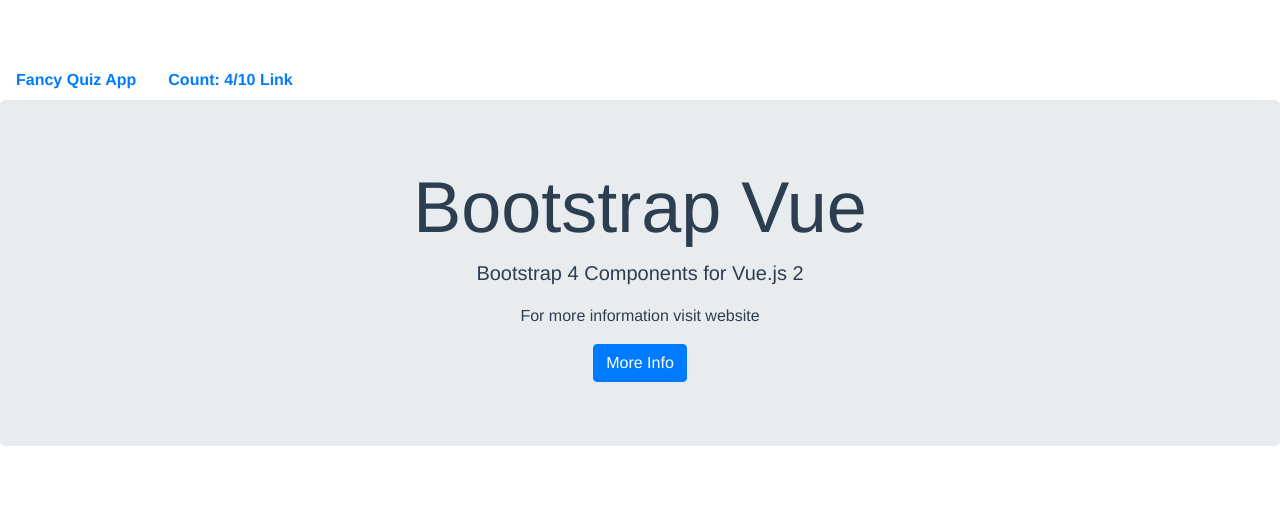
Repository: tokliver/AppVue
Page: /
An editor plug-in stored every save of this project. The page is shown before and after the next save, followed by the edit.
The browser window is 1280 px wide. The pictures show the whole page.
The project was rebuilt for these pictures with package versions that can differ from the ones it lists, and the page was loaded fresh each time.

Above is the page before, as saved 2019-04-13 09:21:59.

After the next save:
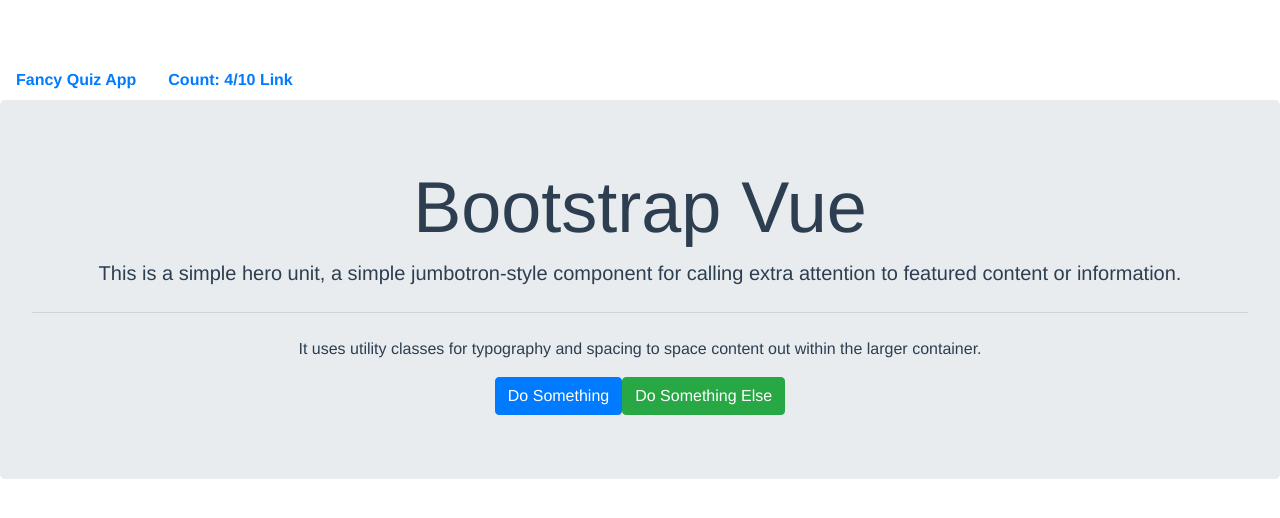
Saved 64 s later.
--- a/src/components/QuestionBox.vue
+++ b/src/components/QuestionBox.vue
@@ -1,8 +1,22 @@
 <template>
    <div class="question-box-container">
   <b-jumbotron header="Bootstrap Vue" lead="Bootstrap 4 Components for Vue.js 2">
-    <p>For more information visit website</p>
-    <b-button variant="primary" href="#">More Info</b-button>
+    <template slot="header">Bootstrap Vue</template>
+
+    <template slot="lead">
+      This is a simple hero unit, a simple jumbotron-style component for calling extra attention to
+      featured content or information.
+    </template>
+
+    <hr class="my-4">
+
+    <p>
+      It uses utility classes for typography and spacing to space content out within the larger
+      container.
+    </p>
+
+    <b-button variant="primary" href="#">Do Something</b-button>
+    <b-button variant="success" href="#">Do Something Else</b-button>
   </b-jumbotron>
 </div>
 </template>
